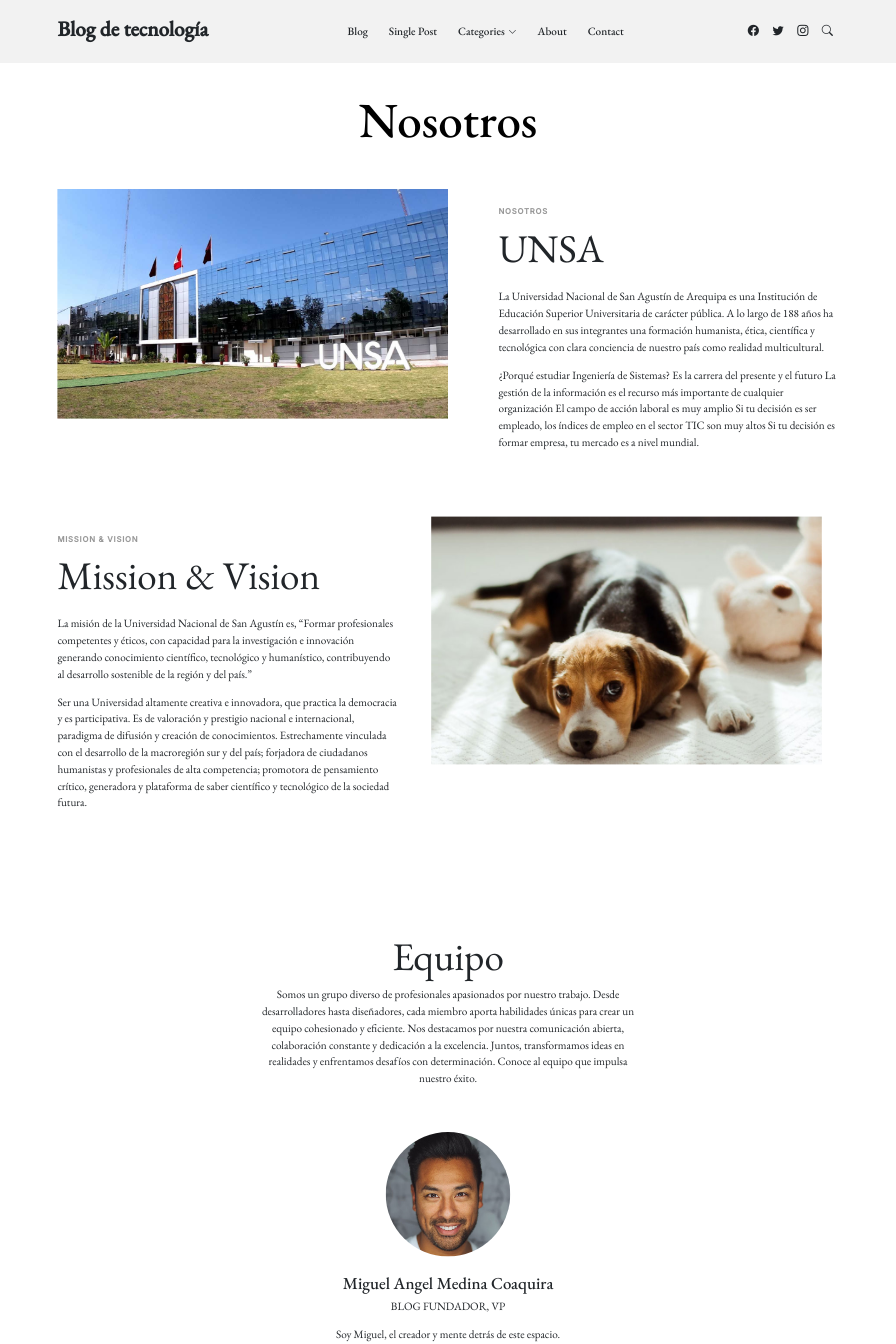
Repository: MiguelDev5/blog-miguel
Page: about.html
An editor plug-in stored every save of this project. The page is shown before and after the next save, followed by the edit.
The browser window is 1280 px wide. The pictures show the part of the page from y = 0 to 1920 px (the page is 2702 px tall), at 70% of full size.
Some web fonts or font styles are not loaded; a fallback is used.

Above is the page before, as saved 2024-01-01 04:40:26.

### about.html
<!DOCTYPE html>
<html lang="en">

<head>
  <meta charset="utf-8">
  <meta content="width=device-width, initial-scale=1.0" name="viewport">

  <title>Blog Miguel - Nosotros</title>
  <meta content="" name="description">
  <meta content="" name="keywords">

  <!-- Favicons -->
  <link href="assets/img/favicon.png" rel="icon">
  <link href="assets/img/apple-touch-icon.png" rel="apple-touch-icon">

  <!-- Google Fonts -->
  <link rel="preconnect" href="https://fonts.googleapis.com">
  <link rel="preconnect" href="https://fonts.gstatic.com" crossorigin>
  <link href="https://fonts.googleapis.com/css2?family=EB+Garamond:wght@400;500&family=Inter:wght@400;500&family=Playfair+Display:ital,wght@0,400;0,700;1,400;1,700&display=swap" rel="stylesheet">

  <!-- Vendor CSS Files -->
  <link href="assets/vendor/bootstrap/css/bootstrap.min.css" rel="stylesheet">
  <link href="assets/vendor/bootstrap-icons/bootstrap-icons.css" rel="stylesheet">
  <link href="assets/vendor/swiper/swiper-bundle.min.css" rel="stylesheet">
  <link href="assets/vendor/glightbox/css/glightbox.min.css" rel="stylesheet">
  <link href="assets/vendor/aos/aos.css" rel="stylesheet">

  <!-- Template Main CSS Files -->
  <link href="assets/css/variables.css" rel="stylesheet">
  <link href="assets/css/main.css" rel="stylesheet">

</head>

<body>

  <!-- ======= Header ======= -->
  <header id="header" class="header d-flex align-items-center fixed-top">
    <div class="container-fluid container-xl d-flex align-items-center justify-content-between">

      <a href="index.html" class="logo d-flex align-items-center">
        <!-- Uncomment the line below if you also wish to use an image logo -->
        <!-- <img src="assets/img/logo.png" alt=""> -->
        <h1>Blog de tecnología</h1>
      </a>

      <nav id="navbar" class="navbar">
        <ul>
          <li><a href="index.html">Blog</a></li>
          <li><a href="single-post.html">Single Post</a></li>
          <li class="dropdown"><a href="category.html"><span>Categories</span> <i class="bi bi-chevron-down dropdown-indicator"></i></a>
            <ul>
              <li><a href="search-result.html">Search Result</a></li>
              <li><a href="#">Drop Down 1</a></li>
              <li class="dropdown"><a href="#"><span>Deep Drop Down</span> <i class="bi bi-chevron-down dropdown-indicator"></i></a>
                <ul>
                  <li><a href="#">Deep Drop Down 1</a></li>
                  <li><a href="#">Deep Drop Down 2</a></li>
                  <li><a href="#">Deep Drop Down 3</a></li>
                  <li><a href="#">Deep Drop Down 4</a></li>
                  <li><a href="#">Deep Drop Down 5</a></li>
                </ul>
              </li>
              <li><a href="#">Drop Down 2</a></li>
              <li><a href="#">Drop Down 3</a></li>
              <li><a href="#">Drop Down 4</a></li>
            </ul>
          </li>

          <li><a href="about.html">About</a></li>
          <li><a href="contact.html">Contact</a></li>
        </ul>
      </nav><!-- .navbar -->

      <div class="position-relative">
        <a href="#" class="mx-2"><span class="bi-facebook"></span></a>
        <a href="#" class="mx-2"><span class="bi-twitter"></span></a>
        <a href="#" class="mx-2"><span class="bi-instagram"></span></a>

        <a href="#" class="mx-2 js-search-open"><span class="bi-search"></span></a>
        <i class="bi bi-list mobile-nav-toggle"></i>

        <!-- ======= Search Form ======= -->
        <div class="search-form-wrap js-search-form-wrap">
          <form action="search-result.html" class="search-form">
            <span class="icon bi-search"></span>
            <input type="text" placeholder="Search" class="form-control">
            <button class="btn js-search-close"><span class="bi-x"></span></button>
          </form>
        </div><!-- End Search Form -->

      </div>

    </div>

  </header><!-- End Header -->

  <main id="main">
    <section>
      <div class="container" data-aos="fade-up">
        <div class="row">
          <div class="col-lg-12 text-center mb-5">
            <h1 class="page-title">Nosotros</h1>
          </div>
        </div>

        <div class="row mb-5">

          <div class="d-md-flex post-entry-2 half">
            <a href="#" class="me-4 thumbnail">
              <img src="assets/img/unsa001.jpg" alt="" class="img-fluid">
            </a>
            <div class="ps-md-5 mt-4 mt-md-0">
              <div class="post-meta mt-4">Nosotros</div>
              <h2 class="mb-4 display-4">UNSA</h2>

              <p>La Universidad Nacional de San Agustín de Arequipa es una Institución de Educación Superior Universitaria de carácter pública. A lo largo de 188 años ha desarrollado en sus integrantes una formación humanista, ética, científica y tecnológica con clara conciencia de nuestro país como realidad multicultural.</p>
              <p>¿Porqué estudiar Ingeniería de Sistemas?
                Es la carrera del presente y el futuro
                La gestión de la información es el recurso más importante de cualquier organización
                El campo de acción laboral es muy amplio
                Si tu decisión es ser empleado, los índices de empleo en el sector TIC son muy altos
                Si tu decisión es formar empresa, tu mercado es a nivel mundial.</p>
            </div>
          </div>

          <div class="d-md-flex post-entry-2 half mt-5">
            <a href="#" class="me-4 thumbnail order-2">
              <img src="assets/img/post-landscape-1.jpg" alt="" class="img-fluid">
            </a>
            <div class="pe-md-5 mt-4 mt-md-0">
              <div class="post-meta mt-4">Mission &amp; Vision</div>
              <h2 class="mb-4 display-4">Mission &amp; Vision</h2>

              <p>La misión de la Universidad Nacional de San Agustín es, “Formar profesionales competentes y éticos, con capacidad para la investigación e innovación generando conocimiento científico, tecnológico y humanístico, contribuyendo al desarrollo sostenible de la región y del país.”</p>
              <p>Ser una Universidad altamente creativa e innovadora, que practica la democracia y es participativa. Es de valoración y prestigio nacional e internacional, paradigma de difusión y creación de conocimientos. Estrechamente vinculada con el desarrollo de la macroregión sur y del país; forjadora de ciudadanos humanistas y profesionales de alta competencia; promotora de pensamiento crítico, generadora y plataforma de saber científico y tecnológico de la sociedad futura.</p>
            </div>
          </div>

        </div>

      </div>
    </section>

    <section>
      <div class="container" data-aos="fade-up">
        <div class="row">
          <div class="col-12 text-center mb-5">
            <div class="row justify-content-center">
              <div class="col-lg-6">
                <h2 class="display-4">Equipo</h2>
                <p>Somos un grupo diverso de profesionales apasionados por nuestro trabajo. Desde desarrolladores hasta diseñadores, cada miembro aporta habilidades únicas para crear un equipo cohesionado y eficiente. Nos destacamos por nuestra comunicación abierta, colaboración constante y dedicación a la excelencia. Juntos, transformamos ideas en realidades y enfrentamos desafíos con determinación. Conoce al equipo que impulsa nuestro éxito.</p>
              </div>
            </div>
          </div>
          <div class="col-lg-4 text-center mb-5">

          </div>
          <div class="col-lg-4 text-center mb-5">
            <img src="assets/img/person-2.jpg" alt="" class="img-fluid rounded-circle w-50 mb-4">
            <h4>Miguel Angel Medina Coaquira</h4>
            <span class="d-block mb-3 text-uppercase">Blog fundador, VP</span>
            <p>Soy Miguel, el creador y mente detrás de este espacio. Apasionado por la tecnología, me embarqué en la creación de este blog para compartir mi perspectiva, conocimientos y descubrimientos contigo. Aquí encontrarás [temas específicos que cubre el blog], todo narrado desde mi punto de vista único. Únete a mí en este viaje, donde la curiosidad encuentra su hogar. ¡Espero que encuentres inspiración y disfrutes del contenido!</p>
          </div>
        </div>
      </div>
    </section>

  </main><!-- End #main -->

  <!-- ======= Footer ======= -->
  <footer id="footer" class="footer">
    <div class="footer-content">
      <div class="container">
        <div class="row g-5">
          <div class="col-lg-8">
            <h3 class="footer-heading">Acerca del blog</h3>
            <p>Este blog fue creado con el propósito de compartir conocimientos, inspirar ideas y fomentar la conversación. Nos esforzamos por ofrecer contenido relevante y útil que abarque una variedad de temas. Ya sea que estés buscando información práctica, consejos inspiradores o simplemente un lugar para explorar nuevas ideas, nuestro objetivo es ser tu recurso confiable. ¡Bienvenido a nuestro espacio virtual, donde la información se encuentra con la inspiración!</p>
            <p><a href="about.html" class="footer-link-more">Leer más</a></p>
          </div>
          <div class="col-6 col-lg-2">
            <h3 class="footer-heading">Navegación</h3>
            <ul class="footer-links list-unstyled">
              <li><a href="index.html"><i class="bi bi-chevron-right"></i> Principal</a></li>
              <li><a href="index.html"><i class="bi bi-chevron-right"></i> Blog</a></li>
              <li><a href="category.html"><i class="bi bi-chevron-right"></i> Categorías</a></li>
              <li><a href="single-post.html"><i class="bi bi-chevron-right"></i> Publicación</a></li>
              <li><a href="about.html"><i class="bi bi-chevron-right"></i> Nosotros</a></li>
              <li><a href="contact.html"><i class="bi bi-chevron-right"></i> Contacto</a></li>
            </ul>
          </div>
        </div>
      </div>
    </div>

    <div class="footer-legal">
      <div class="container">

        <div class="row justify-content-between">
          <div class="col-md-6 text-center text-md-start mb-3 mb-md-0">
            <div class="copyright">
              © Copyright <strong><span>MiguelBlog</span></strong>. All Rights Reserved
            </div>

            <div class="credits">
              Designed by BootstrapMade
            </div>

          </div>

          <div class="col-md-6">
            <div class="social-links mb-3 mb-lg-0 text-center text-md-end">
              <a href="#" class="twitter"><i class="bi bi-twitter"></i></a>
              <a href="#" class="facebook"><i class="bi bi-facebook"></i></a>
              <a href="#" class="instagram"><i class="bi bi-instagram"></i></a>
              <a href="#" class="google-plus"><i class="bi bi-skype"></i></a>
              <a href="#" class="linkedin"><i class="bi bi-linkedin"></i></a>
            </div>

          </div>

        </div>

      </div>
    </div>
  </footer>

  <a href="#" class="scroll-top d-flex align-items-center justify-content-center"><i class="bi bi-arrow-up-short"></i></a>

  <!-- Vendor JS Files -->
  <script src="assets/vendor/bootstrap/js/bootstrap.bundle.min.js"></script>
  <script src="assets/vendor/swiper/swiper-bundle.min.js"></script>
  <script src="assets/vendor/glightbox/js/glightbox.min.js"></script>
  <script src="assets/vendor/aos/aos.js"></script>
  <script src="assets/vendor/php-email-form/validate.js"></script>

  <!-- Template Main JS File -->
  <script src="assets/js/main.js"></script>

</body>

</html>

### assets/css/variables.css
/**
* Template Name: ZenBlog
* File: variables.css
* Description: Easily customize colors, typography, and other repetitive properties used in the template main stylesheet file main.css
*
* Template URL: https://bootstrapmade.com/zenblog-bootstrap-blog-template/
* Author: BootstrapMade.com
* License: https://bootstrapmade.com/license/
*
* Contents:
* 1. ZenBlog template variables
* 2. Override default Bootstrap variables
* 3. Set color and background class names
*
* Learn more about CSS variables at https://developer.mozilla.org/en-US/docs/Web/CSS/Using_CSS_custom_properties
*/

/*--------------------------------------------------------------
# 1. ZenBlog template variables
--------------------------------------------------------------*/
:root {

  /* Fonts */
  --font-default: 'EB Garamond', system-ui, -apple-system, "Segoe UI", Roboto, "Helvetica Neue", Arial, "Noto Sans", "Liberation Sans", sans-serif, "Apple Color Emoji", "Segoe UI Emoji", "Segoe UI Symbol", "Noto Color Emoji";
  --font-primary: 'EB Garamond', serif; /*'Playfair Display', serif;*/
  --font-secondary: 'Inter', sans-serif;

  /* Colors */
  /* The *-rgb color names are simply the RGB converted value of the corresponding color for use in the rgba() function */

  /* Default text color */
  --color-default: #212529;
  --color-default-rgb: 33, 37, 41;

  /* Defult links color */
  --color-links: #212529;
  --color-links-hover: #15171a;

  /* Primay colors */
  --color-primary: #212529;
  --color-primary-light: #26282c;
  --color-primary-dark: #0b0c0e;

  --color-primary-rgb: 33, 37, 41;
  --color-primary-light-rgb: 38, 40, 44;
  --color-primary-dark-rgb: 11, 12, 14;

  /* Secondary colors */
  --color-secondary: #596d80;
  --color-secondary-light: #8498aa;
  --color-secondary-dark: #404f5c;

  --color-secondary-rgb: 89, 109, 128;
  --color-secondary-light-rgb: 132, 152, 170;
  --color-secondary-dark-rgb: 64, 79, 92;

  /* General colors */
  --color-blue: #0d6efd;
  --color-blue-rgb: 13, 110, 253;

  --color-indigo: #6610f2;
  --color-indigo-rgb: 102, 16, 242;

  --color-purple: #6f42c1;
  --color-purple-rgb: 111, 66, 193;

  --color-pink: #f3268c;
  --color-pink-rgb: 243, 38, 140;

  --color-red: #df1529;
  --color-red-rgb: 223, 21, 4;

  --color-orange: #fd7e14;
  --color-orange-rgb: 253, 126, 20;

  --color-yellow: #ffc107;
  --color-yellow-rgb: 255, 193, 7;

  --color-green: #059652;
  --color-green-rgb: 5, 150, 82;

  --color-teal: #20c997;
  --color-teal-rgb: 32, 201, 151;

  --color-cyan: #0dcaf0;
  --color-cyan-rgb: 13, 202, 240;

  --color-white: #ffffff;
  --color-white-rgb: 255, 255, 255;

  --color-gray: #6c757d;
  --color-gray-rgb: 108, 117, 125;

  --color-black: #000000;
  --color-black-rgb: 0, 0, 0;
}

/*--------------------------------------------------------------
# 2. Override default Bootstrap variables
--------------------------------------------------------------*/
:root {
  --bs-blue: var(--color-blue);
  --bs-indigo: var(--color-indigo);
  --bs-purple: var(--color-purple);
  --bs-pink: var(--color-pink);
  --bs-red: var(--color-red);
  --bs-orange: var(--color-orange);
  --bs-yellow: var(--color-yellow);
  --bs-green: var(--color-green);
  --bs-teal: var(--color-teal);
  --bs-cyan: var(--color-cyan);
  --bs-white: var(--color-white);
  --bs-gray: var(--color-gray);
  --bs-gray-dark: #343a40;
  --bs-gray-100: #f8f9fa;
  --bs-gray-200: #e9ecef;
  --bs-gray-300: #dee2e6;
  --bs-gray-400: #ced4da;
  --bs-gray-500: #adb5bd;
  --bs-gray-600: #6c757d;
  --bs-gray-700: #495057;
  --bs-gray-800: #343a40;
  --bs-gray-900: #212529;
  --bs-primary: var(--color-blue);
  --bs-secondary: var(--color-blue);
  --bs-success: #198754;
  --bs-info: #0dcaf0;
  --bs-warning: #ffc107;
  --bs-danger: #dc3545;
  --bs-light: #f8f9fa;
  --bs-dark: #212529;
  --bs-primary-rgb: var(--color-primary-rgb);
  --bs-secondary-rgb: var(--color-secondary-rgb);
  --bs-success-rgb: 25, 135, 84;
  --bs-info-rgb: 13, 202, 240;
  --bs-warning-rgb: 255, 193, 7;
  --bs-danger-rgb: 220, 53, 69;
  --bs-light-rgb: 248, 249, 250;
  --bs-dark-rgb: 33, 37, 41;
  --bs-white-rgb: var(--color-white-rgb);
  --bs-black-rgb: var(--color-black-rgb);
  --bs-body-color-rgb: var(--color-default-rgb);
  --bs-body-bg-rgb: 255, 255, 255;
  --bs-font-sans-serif: var(--font-default);
  --bs-font-monospace: SFMono-Regular, Menlo, Monaco, Consolas, "Liberation Mono", "Courier New", monospace;
  --bs-gradient: linear-gradient(180deg, rgba(255, 255, 255, 0.15), rgba(255, 255, 255, 0));
  --bs-body-font-family: var(--font-default);
  --bs-body-font-size: 1rem;
  --bs-body-font-weight: 400;
  --bs-body-line-height: 1.5;
  --bs-body-color: var(--color-default);
  --bs-body-bg: #fff;
}

/*--------------------------------------------------------------
# 3. Set color and background class names
--------------------------------------------------------------*/
/* Fonts */
.font-default { font-family: var(--font-default) !important; }
.font-primary { font-family: var(--font-primary) !important;}
.font-secondary { font-family: var(--font-secondary) !important; }

/* Text Colors */
.color-default { color: var(--color-default) !important; }
.color-links { color: var(--color-links) !important; }
.color-links:hover { color: var(--color-links-hover) !important; }
.color-primary { color: var(--color-primary) !important; }
.color-primary-light { color: var(--color-primary-light) !important; }
.color-primary-dark { color: var(--color-primary-dark) !important; }
.color-secondary { color: var(--color-secondary) !important; }
.color-secondary-light { color: var(--color-secondary-light) !important; }
.color-secondary-dark { color: var(--color-secondary-dark) !important; }
.color-blue { color: var(--color-blue) !important; }
.color-indigo { color: var(--color-indigo) !important; }
.color-purple { color: var(--color-purple) !important; }
.color-pink { color: var(--color-pink) !important; }
.color-red { color: var(--color-red) !important; }
.color-orange { color: var(--color-orange) !important; }
.color-yellow { color: var(--color-yellow) !important; }
.color-green { color: var(--color-green) !important; }
.color-teal { color: var(--color-teal) !important; }
.color-cyan { color: var(--color-cyan) !important; }
.color-white { color: var(--color-white) !important; }
.color-gray { color: var(--color-gray) !important; }
.color-black { color: var(--color-black) !important; }

/* Background Colors */
.bg-default { background-color: var(--color-default) !important; }
.bg-primary { background-color: var(--color-primary) !important; }
.bg-primary-light { background-color: var(--color-primary-light) !important; }
.bg-primary-dark { background-color: var(--color-primary-dark) !important; }
.bg-secondary { background-color: var(--color-secondary) !important; }
.bg-secondary-light { background-color: var(--color-secondary-light) !important; }
.bg-secondary-dark { background-color: var(--color-secondary-dark) !important; }
.bg-blue { background-color: var(--color-blue) !important; }
.bg-indigo { background-color: var(--color-indigo) !important; }
.bg-purple { background-color: var(--color-purple) !important; }
.bg-pink { background-color: var(--color-pink) !important; }
.bg-red { background-color: var(--color-red) !important; }
.bg-orange { background-color: var(--color-orange) !important; }
.bg-yellow { background-color: var(--color-yellow) !important; }
.bg-green { background-color: var(--color-green) !important; }
.bg-teal { background-color: var(--color-teal) !important; }
.bg-cyan { background-color: var(--color-cyan) !important; }
.bg-white { background-color: var(--color-white) !important; }
.bg-gray { background-color: var(--color-gray) !important; }
.bg-black { background-color: var(--color-black) !important; }

Loaded but not shown: assets/vendor/bootstrap/css/bootstrap.min.css (library); assets/vendor/bootstrap-icons/bootstrap-icons.css (library); assets/vendor/swiper/swiper-bundle.min.css (library); assets/vendor/glightbox/css/glightbox.min.css (library); assets/vendor/aos/aos.css (library); assets/vendor/bootstrap/js/bootstrap.bundle.min.js (library); assets/vendor/swiper/swiper-bundle.min.js (library); assets/vendor/glightbox/js/glightbox.min.js (library); assets/vendor/aos/aos.js (library); assets/vendor/php-email-form/validate.js (common file); assets/js/main.js (154 lines, source omitted); assets/css/main.css (1300 lines, source omitted)

After the next save:
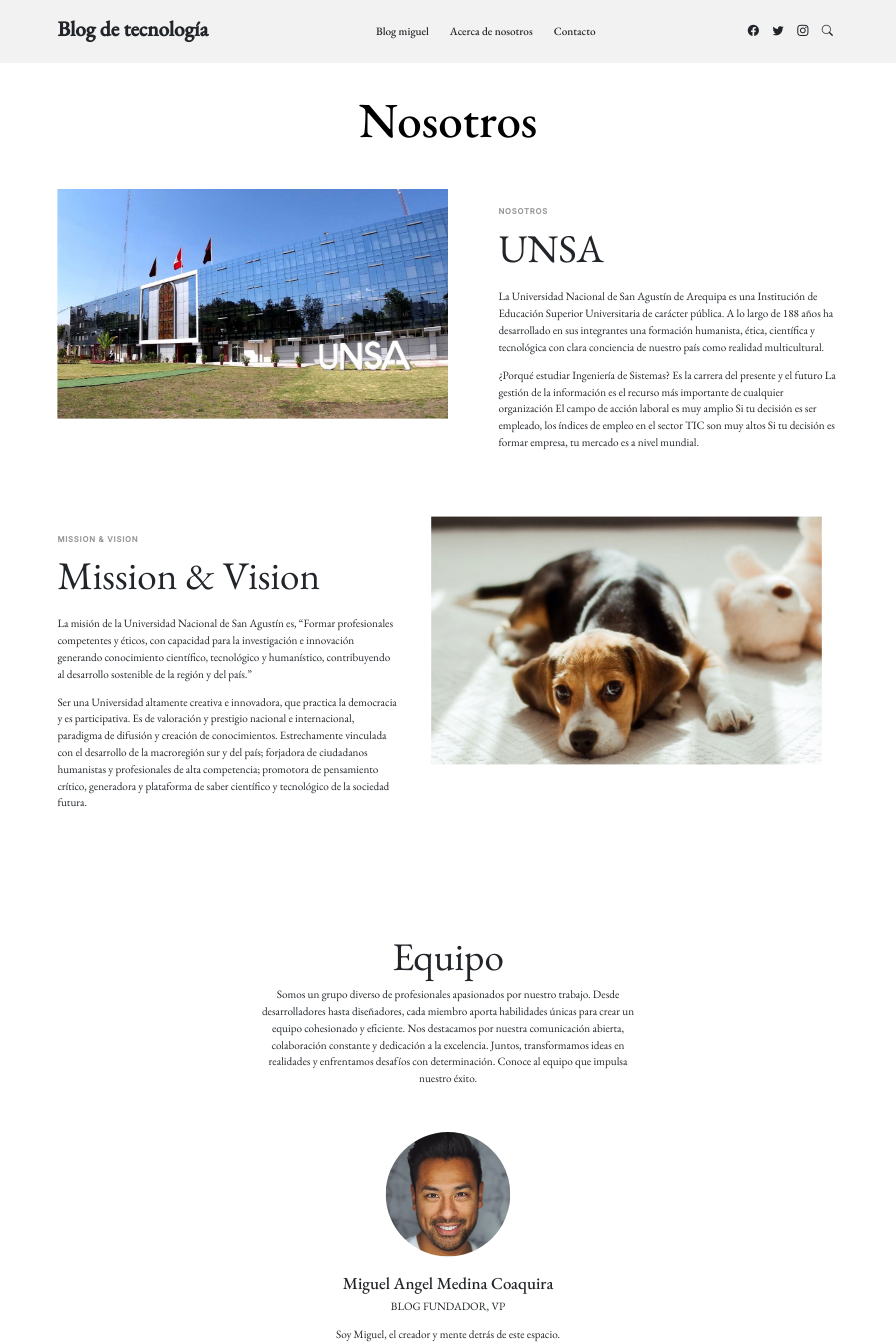
Saved 13 s later.
--- a/about.html
+++ b/about.html
@@ -45,29 +45,9 @@
 
       <nav id="navbar" class="navbar">
         <ul>
-          <li><a href="index.html">Blog</a></li>
-          <li><a href="single-post.html">Single Post</a></li>
-          <li class="dropdown"><a href="category.html"><span>Categories</span> <i class="bi bi-chevron-down dropdown-indicator"></i></a>
-            <ul>
-              <li><a href="search-result.html">Search Result</a></li>
-              <li><a href="#">Drop Down 1</a></li>
-              <li class="dropdown"><a href="#"><span>Deep Drop Down</span> <i class="bi bi-chevron-down dropdown-indicator"></i></a>
-                <ul>
-                  <li><a href="#">Deep Drop Down 1</a></li>
-                  <li><a href="#">Deep Drop Down 2</a></li>
-                  <li><a href="#">Deep Drop Down 3</a></li>
-                  <li><a href="#">Deep Drop Down 4</a></li>
-                  <li><a href="#">Deep Drop Down 5</a></li>
-                </ul>
-              </li>
-              <li><a href="#">Drop Down 2</a></li>
-              <li><a href="#">Drop Down 3</a></li>
-              <li><a href="#">Drop Down 4</a></li>
-            </ul>
-          </li>
-
-          <li><a href="about.html">About</a></li>
-          <li><a href="contact.html">Contact</a></li>
+          <li><a href="index.html">Blog miguel</a></li>
+          <li><a href="about.html">Acerca de nosotros</a></li>
+          <li><a href="contact.html">Contacto</a></li>
         </ul>
       </nav><!-- .navbar -->
 
